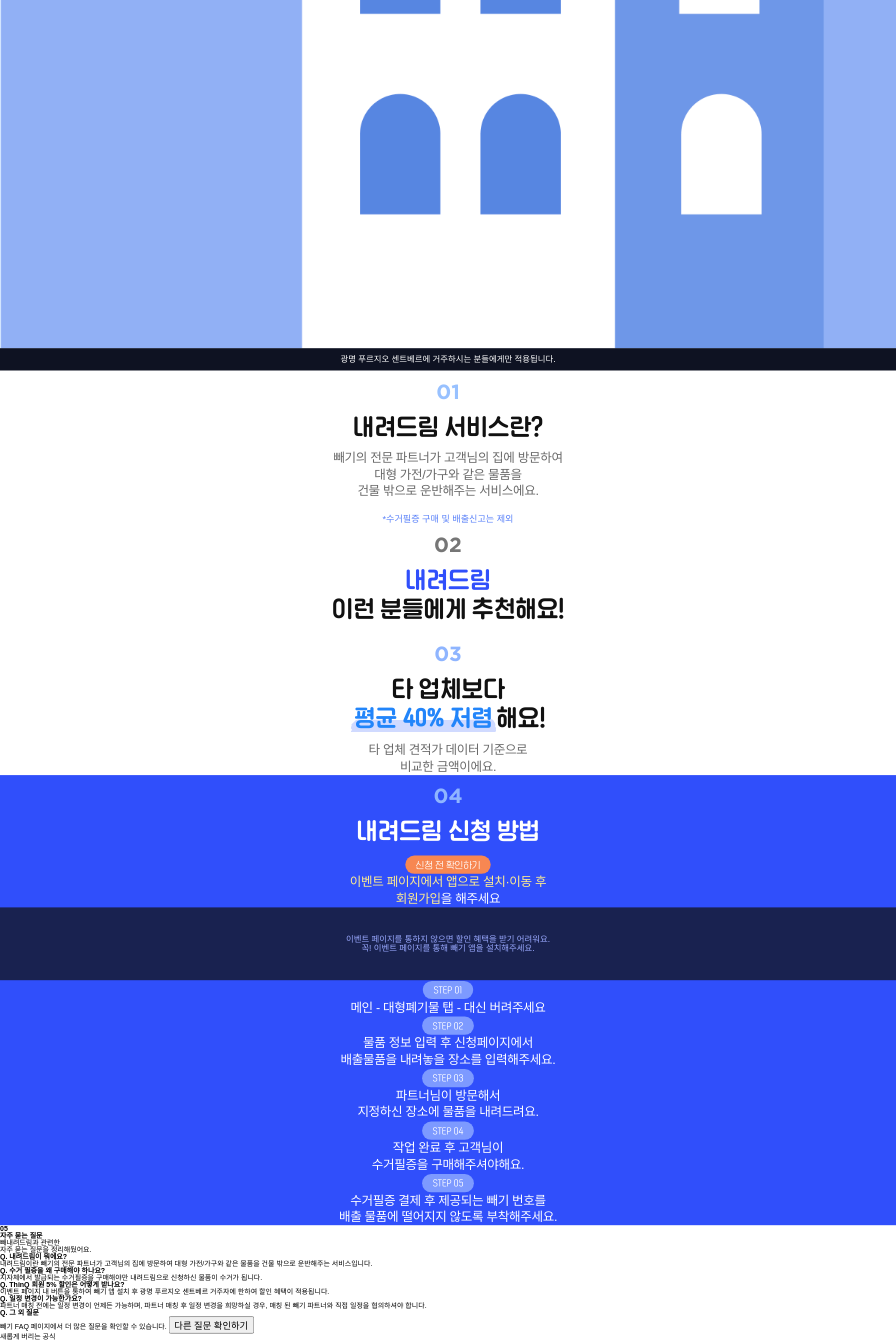
Repository: seraLeeDev/lgthinq-test
Page: index2.html
These files come from the project's save history. The page is drawn as it stood at one moment and after the next save; the edit follows.
The browser window is 1280 px wide. The pictures show the part of the page from y = 2946 to 4866 px (the page is 4861 px tall before and 4866 px after), at 70% of full size.
Some web fonts or font styles are not loaded; a fallback is used.

Above is the page before, as saved 2023-03-14 15:30:51.
Console error: ReferenceError: AOS is not defined

### index2.html
<!DOCTYPE html>
<html lang="ko">
  <head>
    <meta charset="UTF-8" />
    <meta http-equiv="X-UA-Compatible" content="IE=edge" />
    <meta name="viewport" content="width=device-width, initial-scale=1.0" />
    <title>빼기 | 새롭게 버리는 공식</title>
    <link as="style" rel="stylesheet" href="/css/reset.css" />
    <link as="style" rel="stylesheet" href="/css/font.css" />
    <link as="style" rel="stylesheet" href="/css/style.css" />
    <link href="https://unpkg.com/aos@2.3.1/dist/aos.css" rel="stylesheet" />
    <link
      rel="stylesheet"
      href="https://cdn.jsdelivr.net/gh/orioncactus/pretendard@v1.3.5/dist/web/static/pretendard-dynamic-subset.css"
    />
    <link
      rel="apple-touch-icon"
      sizes="57x57"
      href="/icons/apple-icon-57x57.png"
    />
    <link
      rel="apple-touch-icon"
      sizes="60x60"
      href="/icons/apple-icon-60x60.png"
    />
    <link
      rel="apple-touch-icon"
      sizes="72x72"
      href="/icons/apple-icon-72x72.png"
    />
    <link
      rel="apple-touch-icon"
      sizes="76x76"
      href="/icons/apple-icon-76x76.png"
    />
    <link
      rel="apple-touch-icon"
      sizes="114x114"
      href="/icons/apple-icon-114x114.png"
    />
    <link
      rel="apple-touch-icon"
      sizes="120x120"
      href="/icons/apple-icon-120x120.png"
    />
    <link
      rel="apple-touch-icon"
      sizes="144x144"
      href="/icons/apple-icon-144x144.png"
    />
    <link
      rel="apple-touch-icon"
      sizes="152x152"
      href="/icons/apple-icon-152x152.png"
    />
    <link
      rel="apple-touch-icon"
      sizes="180x180"
      href="/icons/apple-icon-180x180.png"
    />
    <link
      rel="icon"
      type="image/png"
      sizes="192x192"
      href="/icons/android-icon-192x192.png"
    />
    <link
      rel="icon"
      type="image/png"
      sizes="32x32"
      href="/icons/favicon-32x32.png"
    />
    <link
      rel="icon"
      type="image/png"
      sizes="96x96"
      href="/icons/favicon-96x96.png"
    />
    <link
      rel="icon"
      type="image/png"
      sizes="16x16"
      href="/icons/favicon-16x16.png"
    />
    <script type="text/javascript" src="/js/index.js"></script>
    <script src="https://unpkg.com/aos@2.3.1/dist/aos.js"></script>
  </head>
  <body>
    <div class="wrapper">
      <!-- 메인 -->
      <article class="article-box">
        <div class="full-img-box">
          <img src="./img/[LG ThinQ] main img.gif" alt="내려드림,할인드림" />
        </div>
        <div class="main-notice">
          <p>광명 푸르지오 센트베르에 거주하시는 분들에게만 적용됩니다.</p>
        </div>
      </article>
      <!-- ThinQ & 빼기 설명 -->
      <article></article>
      <!-- 내려드림 소개 -->
      <article>
        <!-- 01. 내려드림 서비스란? -->
        <section>
          <div class="box-content sec1">
            <b class="index text-blue-04-variation">01</b>
            <h2 class="GGothic h2">내려드림 서비스란?</h2>
            <p class="section-desc">
              빼기의 전문 파트너가 고객님의 집에 방문하여<br />
              대형 가전/가구와 같은 물품을<br />
              건물 밖으로 운반해주는 서비스에요.
            </p>
            <small class="section-caption text-blue-03"
              >*수거필증 구매 및 배출신고는 제외</small
            >
          </div>
          <div></div>
        </section>
        <!-- 02. 내려드림 추천 -->
        <section>
          <div class="box-content">
            <b class="index text-gray76">02</b>
            <h2 class="GGothic h2">
              <span class="text-blue-02">내려드림</span><br />
              이런 분들에게 추천해요!
            </h2>
          </div>

          <div></div>
          <div></div>
          <div></div>
        </section>
        <!-- 03. 가격 설명 -->
        <section>
          <div class="box-content">
            <b class="index text-blue-04">03</b>
            <h2 class="GGothic h2">
              타 업체보다 <br /><span class="text-blue-etc text-highlight"
                >평균 40% 저렴</span
              >해요!
            </h2>
            <p class="section-desc">
              타 업체 견적가 데이터 기준으로<br />
              비교한 금액이에요.
            </p>
          </div>
          <div></div>
          <div></div>
        </section>
        <!-- 04. 내려드림 신청 방법 -->
        <section class="bg-blue02">
          <div class="box-content">
            <b class="index text-blue-04">04</b>
            <h2 class="GGothic h2 text-white">내려드림 신청 방법</h2>

            <div>
              <span class="box-chip GGothic text-white bg-orange02"
                >신청 전 확인하기</span
              >
              <p class="text-white section-desc sec4">
                <span class="text-yellow"
                  >이벤트 페이지에서 앱으로 설치·이동 후 <br />회원가입</span
                >을 해주세요
              </p>
            </div>
            <div class="bg-indigo box-caution">
              <small class="text-indigo text-caution"
                >이벤트 페이지를 통하지 않으면 할인 혜택을 받기 어려워요.<br />
                꼭! 이벤트 페이지를 통해 빼기 앱을 설치해주세요.</small
              >
            </div>
            <div>
              <span class="box-chip GGothic text-white bg-lightblue"
                >STEP 01</span
              >
              <p class="text-white section-desc sec4">
                메인 - 대형폐기물 탭 - 대신 버려주세요
              </p>
            </div>

            <div>
              <span class="box-chip GGothic text-white bg-lightblue"
                >STEP 02</span
              >
              <p class="text-white section-desc sec4">
                물품 정보 입력 후 신청페이지에서<br />
                배출물품을 내려놓을 장소를 입력해주세요.
              </p>
            </div>
            <div>
              <span class="box-chip GGothic text-white bg-lightblue"
                >STEP 03</span
              >
              <p class="text-white section-desc sec4">
                파트너님이 방문해서<br />
                지정하신 장소에 물품을 내려드려요.
              </p>
            </div>
            <div>
              <span class="box-chip GGothic text-white bg-lightblue"
                >STEP 04</span
              >
              <p class="text-white section-desc sec4">
                작업 완료 후 고객님이<br />
                수거필증을 구매해주셔야해요.
              </p>
            </div>
            <div>
              <span class="box-chip GGothic text-white bg-lightblue"
                >STEP 05</span
              >
              <p class="text-white section-desc sec4">
                수거필증 결제 후 제공되는 빼기 번호를<br />
                배출 물품에 떨어지지 않도록 부착해주세요.
              </p>
            </div>
          </div>
        </section>
      </article>
      <!-- 05 : 자주묻는 질문-->
      <article>
        <section>
          <b>05</b>
          <h2>자주 묻는 질문</h2>
          <p>
            빼내려드림과 관련한<br />
            자주 묻는 질문을 정리해뒀어요.
          </p>

          <ul>
            <li>
              <div>
                <h5>Q. 내려드림이 뭐에요?</h5>
                <i></i>
                <div>
                  내려드림이란 빼기의 전문 파트너가 고객님의 집에 방문하여 대형
                  가전/가구와 같은 물품을 건물 밖으로 운반해주는 서비스입니다.
                </div>
              </div>
            </li>
            <li>
              <div>
                <h5>Q. 수거 필증을 왜 구매해야 하나요?</h5>
                <i></i>
                <div>
                  지자체에서 발급되는 수거필증을 구매해야만 내려드림으로
                  신청하신 물품이 수거가 됩니다.
                </div>
              </div>
            </li>
            <li>
              <div>
                <h5>Q. ThinQ 회원 5% 할인은 어떻게 받나요?</h5>
                <i></i>
                <div>
                  이벤트 페이지 내 버튼을 통하여 빼기 앱 설치 후 광명 푸르지오
                  센트베르 거주자에 한하여 할인 혜택이 적용됩니다.
                </div>
              </div>
            </li>
            <li>
              <div>
                <h5>Q. 일정 변경이 가능한가요?</h5>
                <i></i>
                <div>
                  파트너 매칭 전에는 일정 변경이 언제든 가능하며, 파트너 매칭 후
                  일정 변경을 희망하실 경우, 매칭 된 빼기 파트너와 직접 일정을
                  협의하셔야 합니다.
                </div>
              </div>
            </li>
            <li>
              <div>
                <h5>Q. 그 외 질문</h5>
                <i></i>
                <div>
                  빼기 FAQ 페이지에서 더 많은 질문을 확인할 수 있습니다.
                  <button>다른 질문 확인하기</button>
                </div>
              </div>
            </li>
          </ul>
        </section>
        <footer>
          <p>새롭게 버리는 공식</p>
        </footer>
      </article>
      <!-- 플로팅 버튼 -->
      <div class="btn-float"></div>
    </div>
  </body>
</html>

### css/font.css
@charset "UTF-8";

@font-face {
  font-family: "Pretendard";
  src: url("https://cdn.jsdelivr.net/gh/orioncactus/pretendard@v1.3.5/dist/web/static/pretendard-dynamic-subset.css");
}

@font-face {
  font-family: "HGSoftGGothicssi";
  font-style: normal;
  font-weight: 100;
  src: url(/font/HGSoftGGothicssi-00g.woff2) format("woff2"),
    url(/font/HGSoftGGothicssi-00g.woff) format("woff"),
    url(/font/HGSoftGGothicssi-00g.otf) format("opentype");
}

@font-face {
  font-family: "HGSoftGGothicssi";
  font-style: normal;
  font-weight: 200;
  src: url(/font/HGSoftGGothicssi-20g.woff2) format("woff2"),
    url(/font/HGSoftGGothicssi-20g.woff) format("woff"),
    url(/font/HGSoftGGothicssi-20g.otf) format("opentype");
}

@font-face {
  font-family: "HGSoftGGothicssi";
  font-style: normal;
  font-weight: 400;
  src: url(/font/HGSoftGGothicssi-40g.woff2) format("woff2"),
    url(/font/HGSoftGGothicssi-40g.woff) format("woff"),
    url(/font/HGSoftGGothicssi-40g.otf) format("opentype");
}

@font-face {
  font-family: "HGSoftGGothicssi";
  font-style: normal;
  font-weight: 600;
  src: url(/font/HGSoftGGothicssi-60g.woff2) format("woff2"),
    url(/font/HGSoftGGothicssi-60g.woff) format("woff"),
    url(/font/HGSoftGGothicssi-60g.otf) format("opentype");
}

@font-face {
  font-family: "HGSoftGGothicssi";
  font-style: normal;
  font-weight: 800;
  src: url(/font/HGSoftGGothicssi-80g.woff2) format("woff2"),
    url(/font/HGSoftGGothicssi-80g.woff) format("woff"),
    url(/font/HGSoftGGothicssi-80g.otf) format("opentype");
}

@font-face {
  font-family: "HGSoftGGothicssi";
  font-style: normal;
  font-weight: 900;
  src: url(/font/HGSoftGGothicssi-90g.woff2) format("woff2"),
    url(/font/HGSoftGGothicssi-90g.woff) format("woff"),
    url(/font/HGSoftGGothicssi-90g.otf) format("opentype");
}

@font-face {
  font-family: "Gotham";
  font-style: normal;
  font-weight: 700;
  src: url(/font/Gotham-Bold.woff2) format("woff2"),
    url(/font/Gotham-Bold.woff) format("woff"),
    url(/font/Gotham-Bold.otf) format("opentype");
}

### css/style.css
@charset "UTF-8";
/*
*
* TYPOGRAPHY
*
*/
html,
body,
.wrapper {
  font-family: "Pretendard", sans-serif !important;
  font-size: 10px; /*1rem: 10px*/
}
.wrapper .GGothic {
  font-family: "HGSoftGGothicssi", sans-serif !important;
}
.font-semiBold {
  font-weight: 600 !important;
}
.font-bold {
  font-weight: 800 !important;
}
.font-extraBold {
  font-weight: 900 !important;
}
.index {
  font-family: "Gotham", sans-serif !important;
  font-size: 6rem;
}
.h2 {
  margin-bottom: 12px;
  text-align: center;
  font-size: 7rem !important;
  line-height: 0.6;
  color: #111;
}
.section-desc {
  font-size: 1.8rem;
  line-height: 1.3;
  color: #6a6a6a;
  letter-spacing: -0.5px;
}
.section-caption {
  display: inline-block;
  margin-top: 22px;
  font-size: 13px;
}
.text-gray-01 {
  color: #111111 !important;
}
.text-blue-02 {
  color: #304ffb !important;
}
.text-blue-03 {
  color: #5980f9 !important;
}
.text-blue-04 {
  color: #8fb5ff !important;
}
.text-blue-04-variation {
  color: #98c1ff !important;
}
.text-blue-etc {
  color: #2285fa !important;
}
.text-indigo {
  color: #9aa9ff !important;
}
.text-white {
  color: #fff;
}
.text-grayb9 {
  color: #b9b9b9 !important;
}
.text-gray76 {
  color: #767676 !important;
}
.text-yellow {
  color: #ffed8f !important;
}
.index {
  margin-bottom: 15px;
}
.text-caution {
  font-size: 1.2rem;
}
/*
*
* COMMON
*
*/

.full-img-box {
  width: 100%;
}
.full-img-box img {
  width: 100%;
  vertical-align: bottom;
}
.box-content {
  width: 100%;
  text-align: center;
}
.box-content .sec1 {
  padding: 90px 54px 0;
}
/* article 1 style */
.main-notice {
  width: 100%;
  padding: 10px 0;
  background: #0e1222;
}
.main-notice p {
  width: 100%;
  text-align: center;
  font-size: 1.2rem;
  color: #fff;
}
.box-chip {
  font-family: "Gotham", sans-serif !important;
  padding: 0.5rem 1.5rem;
  font-size: 2.8rem;
  border-radius: 50px;
  color: white;
  text-align: center;
}
.box-caution {
  padding: 40px;
}
.bg-orange02 {
  background-color: #f78752 !important;
}
.bg-lightblue {
  background-color: #7d9aff !important;
}
.bg-blue02 {
  background-color: #304ffb !important;
}
.bg-indigo {
  background-color: #192250 !important;
}
/* article 2 style */
/* article 3 style */
.text-highlight {
  padding: 0 5px;
  background: url(/img/marker_line.svg) no-repeat 50% 120%;
  background-size: 100%;
}
/* article 4 style */
.section-desc .sec4 {
  letter-spacing: -0.3px;
  font-weight: 400;
}
/* article 5 style */

Loaded but not shown: css/reset.css (common file); js/index.js (common file)

After the next save:
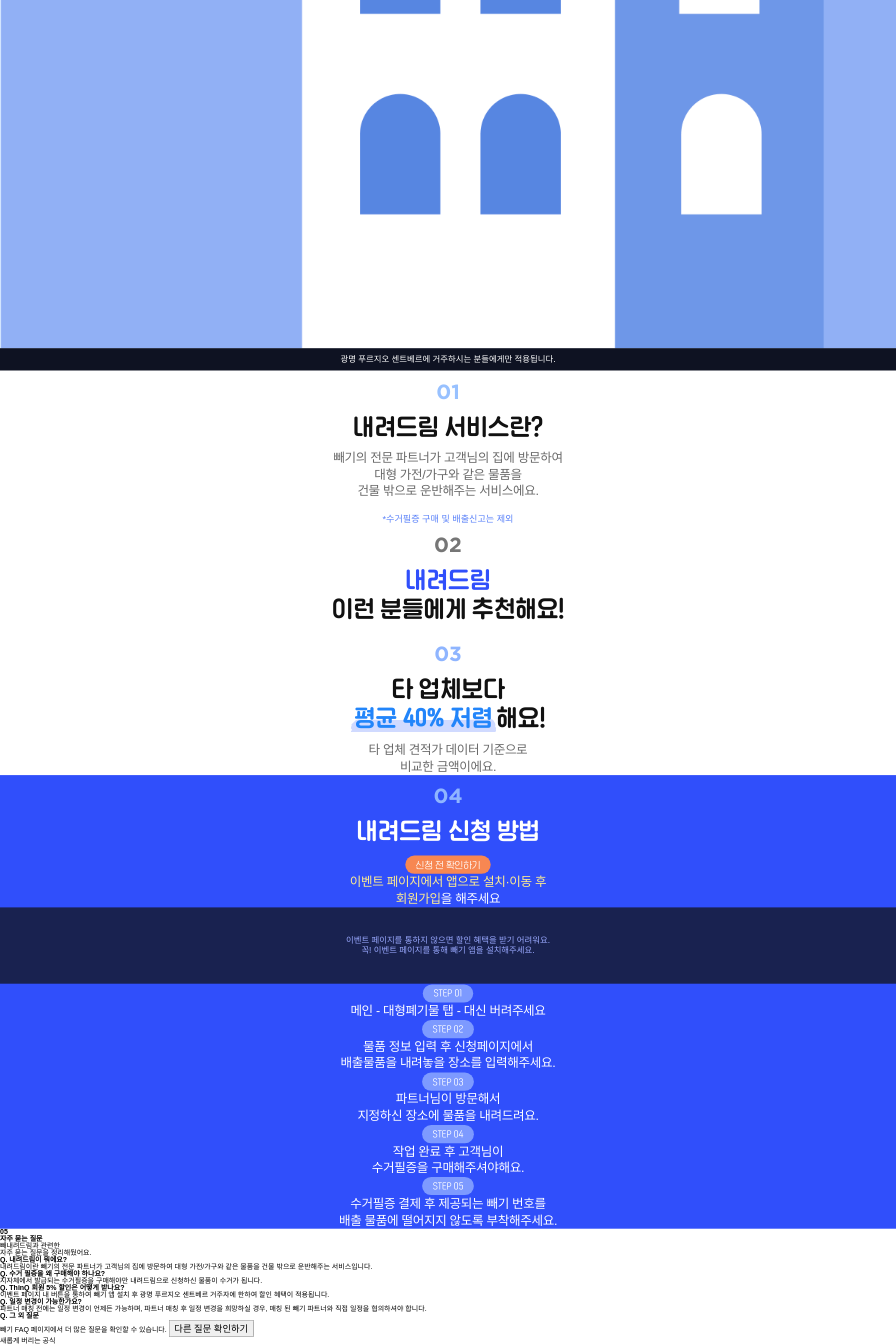
Saved 23 s later.
--- a/css/style.css
+++ b/css/style.css
@@ -82,6 +82,7 @@ body,
 }
 .text-caution {
   font-size: 1.2rem;
+  line-height: 1.2;
 }
 /*
 *
